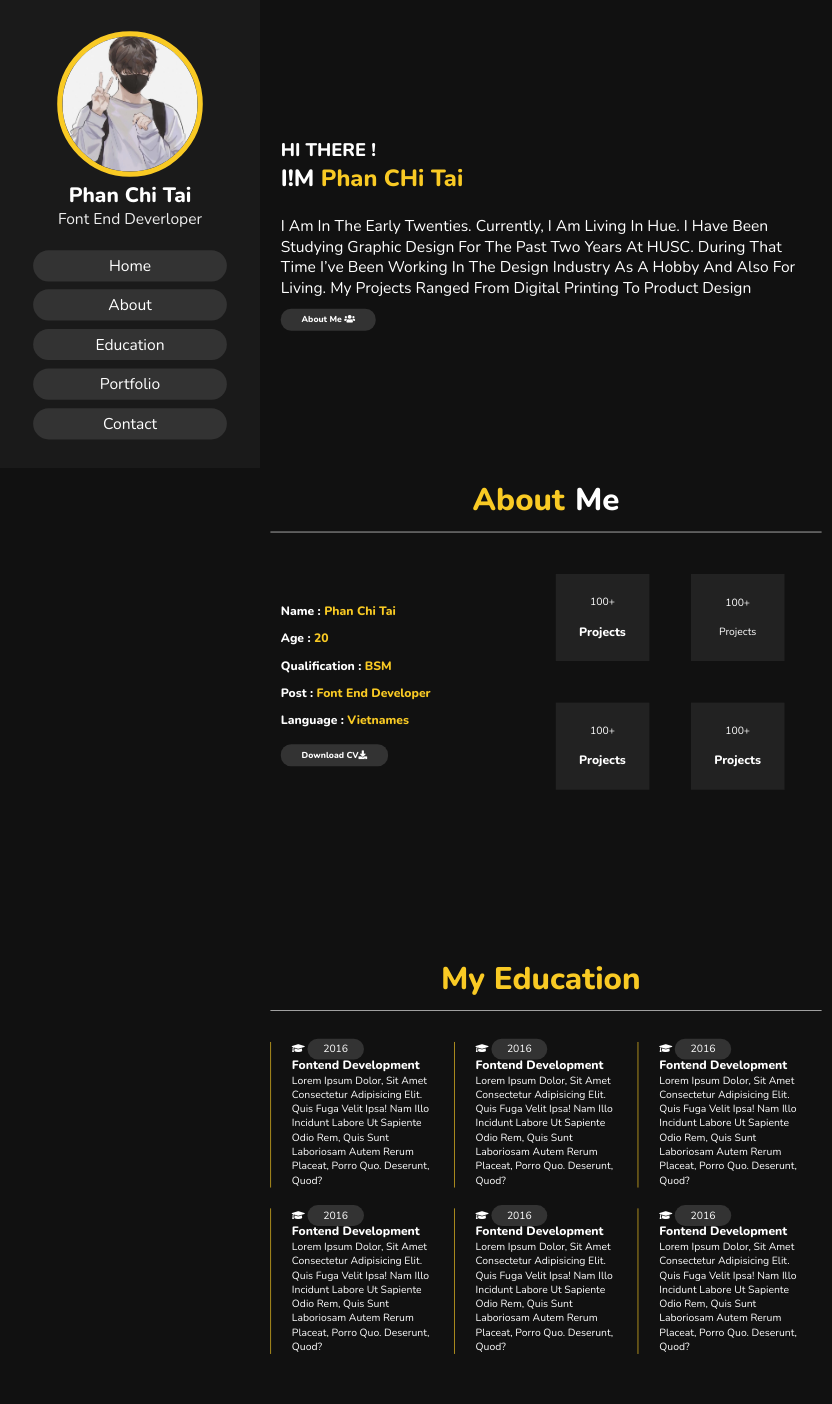
Repository: PCTai/My-profile
Page: index.html
An editor plug-in stored every save of this project. The page is shown before and after the next save, followed by the edit.
The browser window is 1280 px wide. The pictures show the whole page, at 65% of full size.

Above is the page before, as saved 2022-01-12 08:34:12.

### index.html
<!DOCTYPE html>
<html lang="en">
<head>
    <meta charset="UTF-8">
    <meta http-equiv="X-UA-Compatible" content="IE=edge">
    <meta name="viewport" content="width=device-width, initial-scale=1.0">
    <link rel="preconnect" href="https://fonts.googleapis.com">
    <link rel="preconnect" href="https://fonts.gstatic.com" crossorigin>
    <link href="https://fonts.googleapis.com/css2?family=Nunito:ital,wght@0,400;0,600;0,800;1,200;1,300&display=swap" rel="stylesheet">
    <link rel="stylesheet" href="./assets/font/fontawesome-free-5.15.3-web/css/all.css">

    <link rel="stylesheet" href="./assets/css/style.css">
    <link rel="stylesheet" href="./assets/css/reponsive.css">
    <title>Document</title>
</head>
<body>
    <span class="bg-layer"> </span>
    <!-- Header start -->
    <header>
        <div class="user">
            <img src="./assets/imgs/user.jpg" alt="">
            <h3 class="name">Phan Chi Tai</h3>
            <div class="post">Font End Deverloper</div>
        </div>
        <div class="navbar">
            <ul>
                <li><a href="#home">home</a></li>
                <li><a href="#about">About</a></li>
                <li><a href="#education">Education</a></li>
                <li><a href="#portfolio">Portfolio</a></li>
                <li><a href="#contact">Contact</a></li>
            </ul>
        </div>
    </header>
    <!-- Header end -->
    <div id="menu"class="fas fa-bars">
    </div>
    <!-- start home -->
    <section id="home" class="home">

        <h3>HI THERE !</h3>
        <h1>I!M <span>Phan CHi Tai</span></h1>
        <p>I am in the early twenties. Currently, I am living in Hue. I have been studying graphic design for the past two years at  HUSC. During that time I’ve been working in the design industry as a hobby and also for living. My projects ranged from digital printing to product design</p>
        <a href="#about"> <button class="btn">About me <i class="fas fa-users"></i></button></a>


    </section>
    <!-- end home -->
    <!-- start about -->
    <section id="about" class="about">
        <div class="heading"><h1><span>About</span>Me</h1></div>
        <div class="row">
            <div class="info">
                <h3>Name : <span>Phan Chi Tai</span></h3>
                <h3>Age : <span>20</span></h3>
                <h3>Qualification : <span>BSM</span></h3>
                <h3>Post : <span>Font End Developer</span></h3>
                <h3>Language : <span>Vietnames</span></h3>
                <a href="#about"> <button class="btn">Download CV<i class="fas fa-download"></i></button></a>
            </div>
            <div class="counter">
                <div class="box">
                    <span>100+</span>
                    <br>
                    <h3>projects</h3>
                </div>
                <div class="box">
                    <span>100+</span>
                    <br>
                    <p>projects</p>
                </div>
                <div class="box">
                    <span>100+</span>
                    <br>
                    <h3>projects</h3>
                </div>
                <div class="box">
                    <span>100+</span>
                    <br>
                    <h3>projects</h3>
                </div>
            </div>
        </div>
    </section>

    <!-- end about -->
    <!-- start education -->
    <section id="education" class="education">
        <div class="heading"><h1><span>My Education</span></h1></div>
        <div class="container-box">
            <div class="box-e">
                <i class="fas fa-graduation-cap"></i>
                <span>2016</span>
                <h3>Fontend development</h3>
                <p>Lorem ipsum dolor, sit amet consectetur adipisicing elit. Quis fuga velit ipsa! Nam illo incidunt labore ut sapiente odio rem, quis sunt laboriosam autem rerum placeat, porro quo. Deserunt, quod?</p>
            </div>
            <div class="box-e">
                <i class="fas fa-graduation-cap"></i>
                <span>2016</span>
                <h3>Fontend development</h3>
                <p>Lorem ipsum dolor, sit amet consectetur adipisicing elit. Quis fuga velit ipsa! Nam illo incidunt labore ut sapiente odio rem, quis sunt laboriosam autem rerum placeat, porro quo. Deserunt, quod?</p>
            </div>
            <div class="box-e">
                <i class="fas fa-graduation-cap"></i>
                <span>2016</span>
                <h3>Fontend development</h3>
                <p>Lorem ipsum dolor, sit amet consectetur adipisicing elit. Quis fuga velit ipsa! Nam illo incidunt labore ut sapiente odio rem, quis sunt laboriosam autem rerum placeat, porro quo. Deserunt, quod?</p>
            </div>
            <div class="box-e">
                <i class="fas fa-graduation-cap"></i>
                <span>2016</span>
                <h3>Fontend development</h3>
                <p>Lorem ipsum dolor, sit amet consectetur adipisicing elit. Quis fuga velit ipsa! Nam illo incidunt labore ut sapiente odio rem, quis sunt laboriosam autem rerum placeat, porro quo. Deserunt, quod?</p>
            </div>
            <div class="box-e">
                <i class="fas fa-graduation-cap"></i>
                <span>2016</span>
                <h3>Fontend development</h3>
                <p>Lorem ipsum dolor, sit amet consectetur adipisicing elit. Quis fuga velit ipsa! Nam illo incidunt labore ut sapiente odio rem, quis sunt laboriosam autem rerum placeat, porro quo. Deserunt, quod?</p>
            </div>
            <div class="box-e">
                <i class="fas fa-graduation-cap"></i>
                <span>2016</span>
                <h3>Fontend development</h3>
                <p>Lorem ipsum dolor, sit amet consectetur adipisicing elit. Quis fuga velit ipsa! Nam illo incidunt labore ut sapiente odio rem, quis sunt laboriosam autem rerum placeat, porro quo. Deserunt, quod?</p>
            </div>

        </div>
    </section>

    <!-- end education -->


    <script src="./app.js"></script>
</body>
</html>

### assets/css/style.css
:root{
    --yellow: #f9ca24;
}
*{
    font-family: 'Nunito', sans-serif;
    margin: 0;padding: 0;
    box-sizing: border-box;
    text-decoration: none;
    outline: none;border: none;
    text-transform: capitalize;
    transition: all .2s linear;
}
html{
    font-size: 62,5%;
    overflow: hidden;
}
::selection{
    background-color: var(--yellow);
    color: #333;

}
html::-webkit-scrollbar{
    width: 2rem;
}
html::-webkit-scrollbar-track{
    background-color: #333;
}
html::-webkit-scrollbar-thumb{
    background-color: var(--yellow);
}
body{
    padding-left: 25rem;
    background: #111;
}
header{
    position: fixed;
    top: 0;
    left: 0;
    z-index: 1000;
    height: 100%;
    display: flex;
    flex-direction: column;
    justify-content: center;
    align-items: center;
    width: 25rem;
    background-color: #1a1a1a;
}

.user img{
    margin-top: 2rem;
    height: 14rem;
    width: 14rem;
    border-radius: 50%;
    object-fit: cover;
    border: 0.5rem solid var(--yellow);

}
header .user .name{
    text-align: center;
    font-size: 2rem;
    color: #fff;
}
header .user .post{
    text-align: center;
    font-size: 1.5rem;
    color: #eee;
}
header .navbar ul{
    margin-top: 1rem;
    list-style: none;
    padding: 1rem 3rem;
}
header .navbar ul li a:hover{
    background-color: var(--yellow);
}
header .navbar ul li a{
    display: block;
    padding: 0.5rem 6rem;
   margin-bottom: 0.8rem;
   background-color: #333;
   color: #fff;
   font-size: 1.5rem;
   border-radius: 5rem;
   text-align: center;
   cursor: pointer;
}
#menu:hover{
    color: var(--yellow);
}


#menu{
    position: fixed;
    z-index: 1000;
    top: 1rem;
    right: 1rem;
    color: #fff;
    padding: 1rem;
    background-color: #222;
    font-size: 2rem;
    cursor: pointer;
}
section{
    min-height: 100vh;
    padding: 1rem;
}
/* home */
.home{
    font-size: 1.5rem;
    color: #fff;
    display: flex;
    flex-direction: column;
    padding: 0 2rem;
    justify-content: center;
}
.btn:hover{
    background-color: var(--yellow);
    cursor: pointer;
}
.btn{
    padding: 0.5rem 2rem;
    border-radius: 1rem;
    margin-top: 1rem;
    font-weight: bold;
    background-color: #333;
    color: #fff;
}
.home span{
    color: var(--yellow);
    margin-bottom: 2rem;

}
.home h1{
    margin-bottom: 2rem;

}
/* about */
.about , .education{
    color: #fff;

}
.heading{
    font-size: 2rem;
    text-align: center;
    padding: 1rem;
    border-bottom: 0.1rem solid #eee;

}
.heading span{
    color: var(--yellow);
    padding-right: 1rem;
}
.info{
    flex: 1 1 45%;
    padding: 1rem;
    padding-left: 1rem;

}
.info span{
    color: var(--yellow);
}
.info h3{
    padding: 0.5rem 0;
}
.row{
    margin-top: 2rem;
    display: flex;
    justify-content: center;
    align-items: center;
    flex-wrap: wrap;

}
.counter{
    flex:1 1 55%;
    width: 55%;
    justify-content: center;
    display: flex;
    flex-wrap: wrap;

}
.box{
    background-color: #222;
    width: 7.5rem;
    padding: 2rem 0;
    text-align: center;
    margin: 0.5rem;
    display: flex;
    flex-direction: column;
    align-items: center;
    justify-content: center;

}

/* education */
.container-box{
    margin-top: 3rem;
    display: flex;
    flex-wrap: wrap;

}
.box-e{
    flex:33.33%;
    border-left: 0.1rem solid var(--yellow);
    padding: 0 2rem;
    margin-bottom: 2rem;
    position: relative;
}
.box-e span{
    height: 1rem;
    padding:  0.3rem 1.5rem;
    background-color: #333;
    border-radius: 3rem;
}
.box-e span h3{
    margin: 1rem 0;
}

### assets/css/reponsive.css

@media (min-width:1200px){
    #menu{
        display: none;
    }
    .box{
        width: 12rem;
        margin: 2rem;
    }
    html{
        font-size: 100%;
    }
    .about{
        padding: 0 1rem;
    }
}
@media (min-width:1024px){
    #menu{
        display: none;
    }
    .box{
        width: 9rem;
    }
    header{
        left: 0% !important;
    }
}
@media (max-width:1024px){
    header{
        left: -125%;
    }
    body{
        padding: 0 2rem;
    }
    #menu{
        display: block;
    }
    .box{
        width: 9rem;
        margin: 1.5rem;
    }
}
@media (max-width:486px){

    section{
        width: 100%;
        font-size: 60%;
        padding: 2rem 0;
        margin: 0;
    }
    header{

        width: 100vw;
    }
    .toggle{
        left: -125% ;
    }
   .info,.counter{
        width: 100%;
   }
   .about{
       font-size: 80%;
   }
   .heading{
       font-size: 1.4rem;
   }
   .box{
    width: 100%;
    margin: 1rem 0;
    }

}
@media (max-width:939px){
    .row{
        flex-direction: column;
    }
    .info,.counter{
        width: 100%;
   }

}

### app.js

var menu=document.getElementById('menu');
var header=document.querySelector('header');
menu.onclick=function(e){
    if(this.className=='fas fa-bars'){
        this.classList.remove('fa-bars');
        this.classList.add('fa-times');
        header.style='left:0%';
    }
    else{
        this.classList.remove('fa-times');
        this.classList.add('fa-bars');
        header.style='left:-125%';
    }
};
var section = document.querySelectorAll('section');
for(var i=0 ; i<section.length;i++){
    // console.log(section[i]);
    section[i].onclick =function(){
        if(screen.width<'1024'){
            header.style='left:-125%';
            menu.classList.remove('fa-times');
            menu.classList.add('fa-bars');
        }

    }

}

var navbar = document.querySelectorAll('header .navbar ul li a');
for(var i=0 ; i<navbar.length;i++){
    // console.log(section[i]);
    navbar[i].onclick =function(){
        if(screen.width<'1024'){
            header.style='left:-125%';
            menu.classList.remove('fa-times');
            menu.classList.add('fa-bars');
        }

    }

}

Loaded but not shown: assets/font/fontawesome-free-5.15.3-web/css/all.css (library)

After the next save:
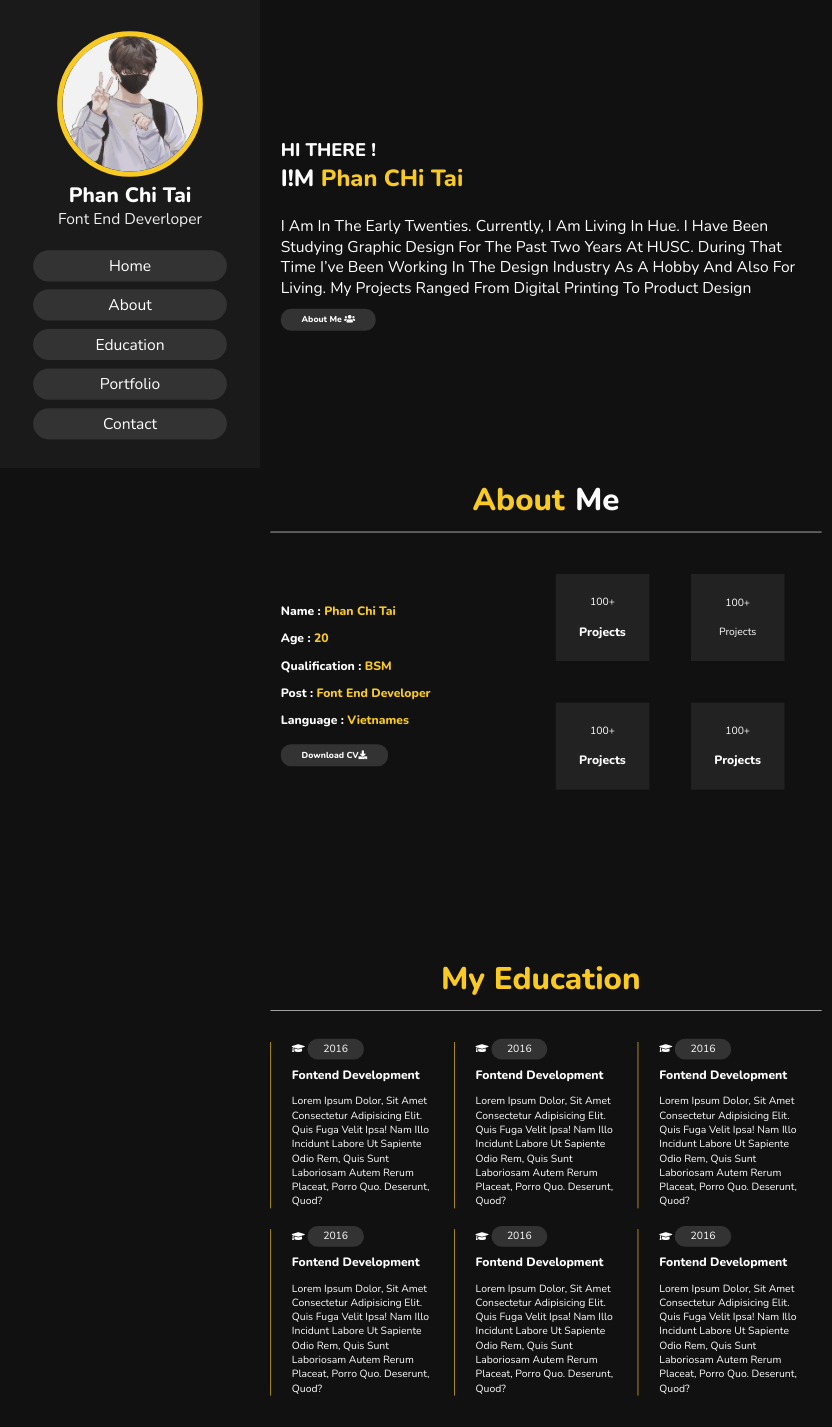
Saved 20 s later.
--- a/assets/css/style.css
+++ b/assets/css/style.css
@@ -211,6 +211,6 @@ section{
     background-color: #333;
     border-radius: 3rem;
 }
-.box-e span h3{
+.box-e h3{
     margin: 1rem 0;
 }
